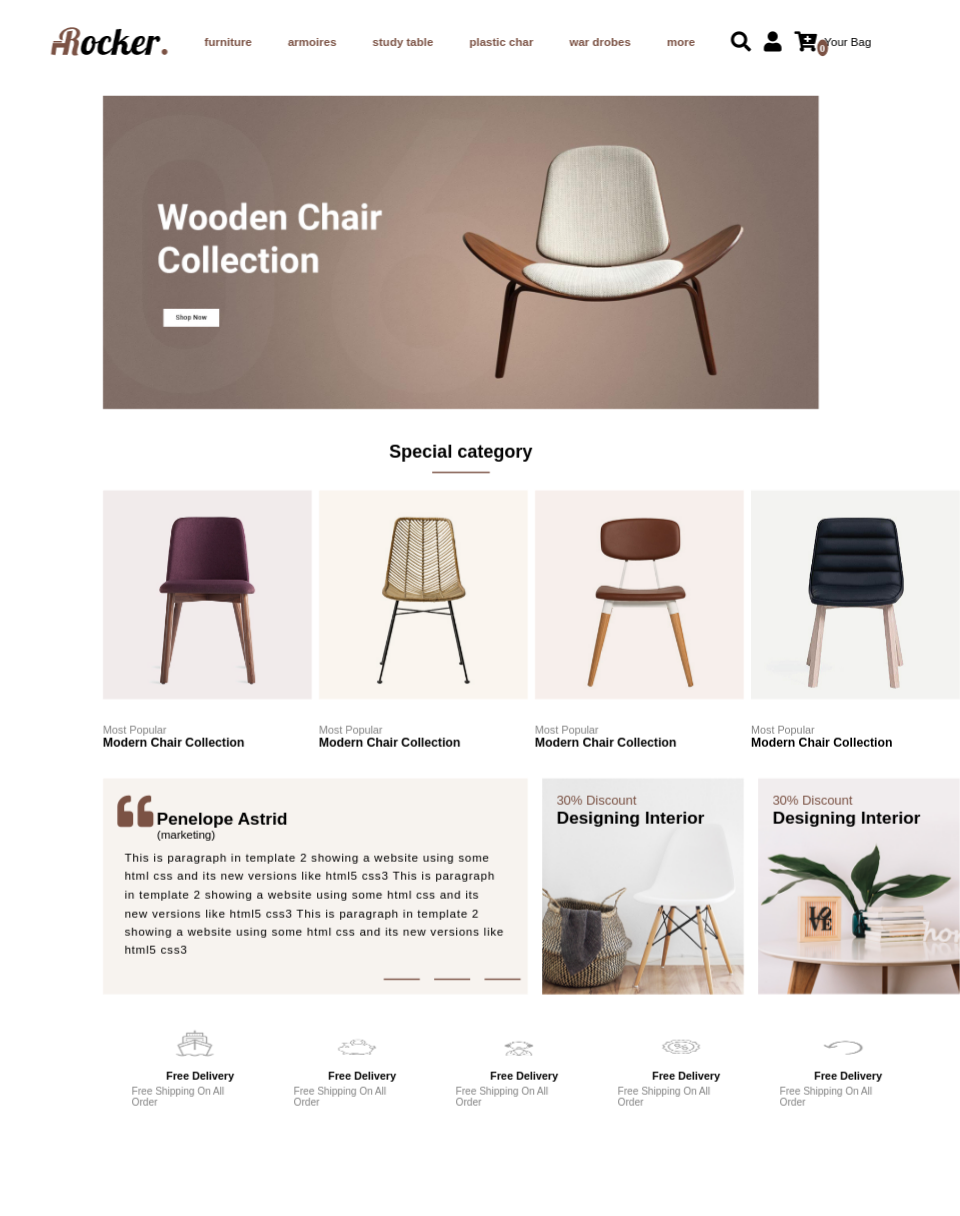
Repository: Ahmed123rezk123/p2-template
Page: index.html
These files come from the project's save history. The page is drawn as it stood at one moment and after the next save; the edit follows.
The browser window is 1280 px wide. The page is 1333 px wide, so the pictures cover 1333 px, including what lies to the right of the window. The pictures show the whole page, at 72% of full size.

Above is the page before, as saved 2024-01-24 23:13:15.

After the next save:
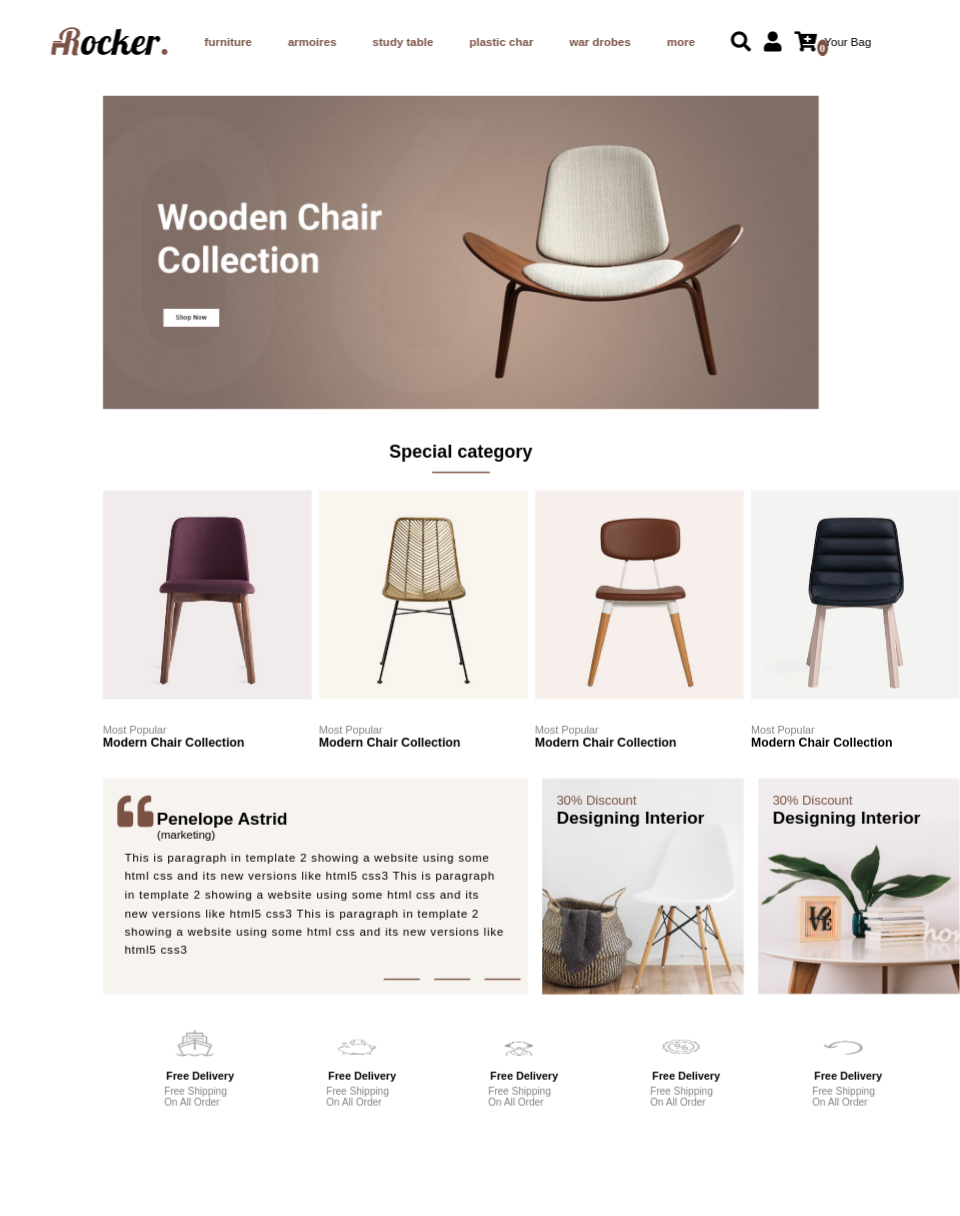
Saved 7 s later.
--- a/css/style.css
+++ b/css/style.css
@@ -381,7 +381,7 @@ left: 260px;
     .section2 .container .parent1 .parent2 .div5-1 span  {
 display: flex;
         flex-wrap: nowrap;
-        margin-left: -45px;
+        /* margin-left: -45px; */
          /* margin-right: 100px; */
         color: gray;
         font-size: 14px;
